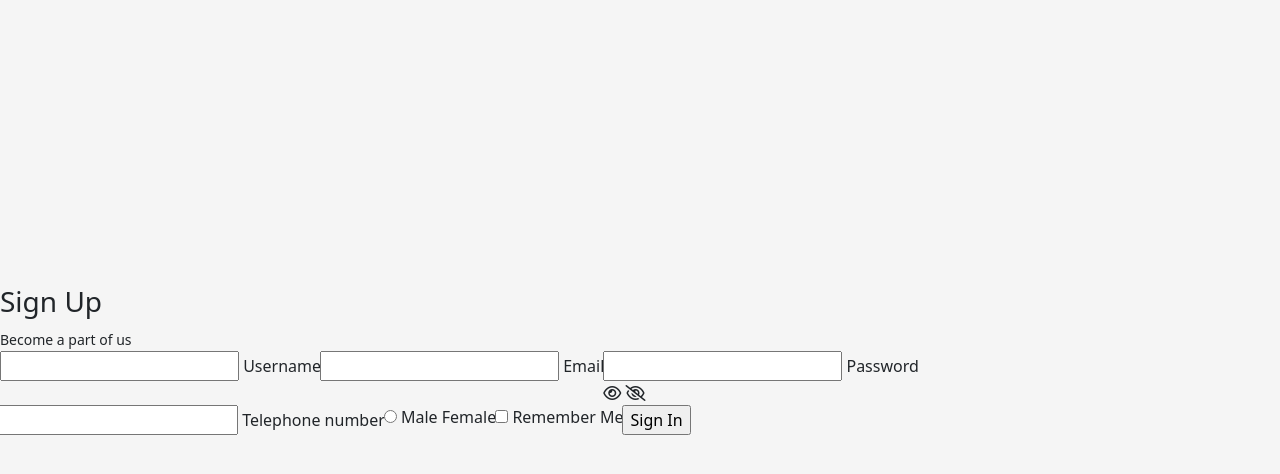
Repository: MauDucKG/BigFarm
Page: http://localhost/BigFarm/views/main/register/index.php
The author's editor kept a copy of each file at every save. The page is drawn from the files as they stood at one save, then again after the next save.
The browser window is 1280 px wide. The pictures show the whole page.
Some web libraries are served in a nearby version. The page is run by PHP 8.4 with error messages shown; the project is at /var/www/html/.

Above is the page before, as saved 2023-04-26 18:03:48.

After the next save:
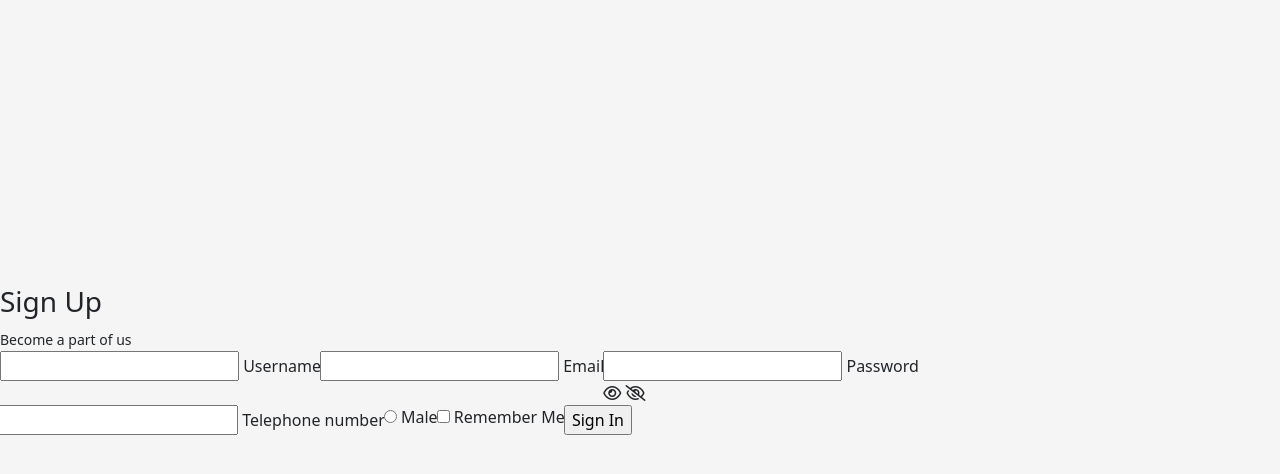
Saved 7 s later.
--- a/views/main/register/index.php
+++ b/views/main/register/index.php
@@ -42,7 +42,6 @@
             <div class="input-field">
                 <input type="radio" class="input-box" id="regUser" required>
                 <label for="regUser">Male</label>
-                <label for="regUser">Female</label>
             </div>
             <div class="remember">
                 <input type="checkbox" id="formCheck-2" class="check">
